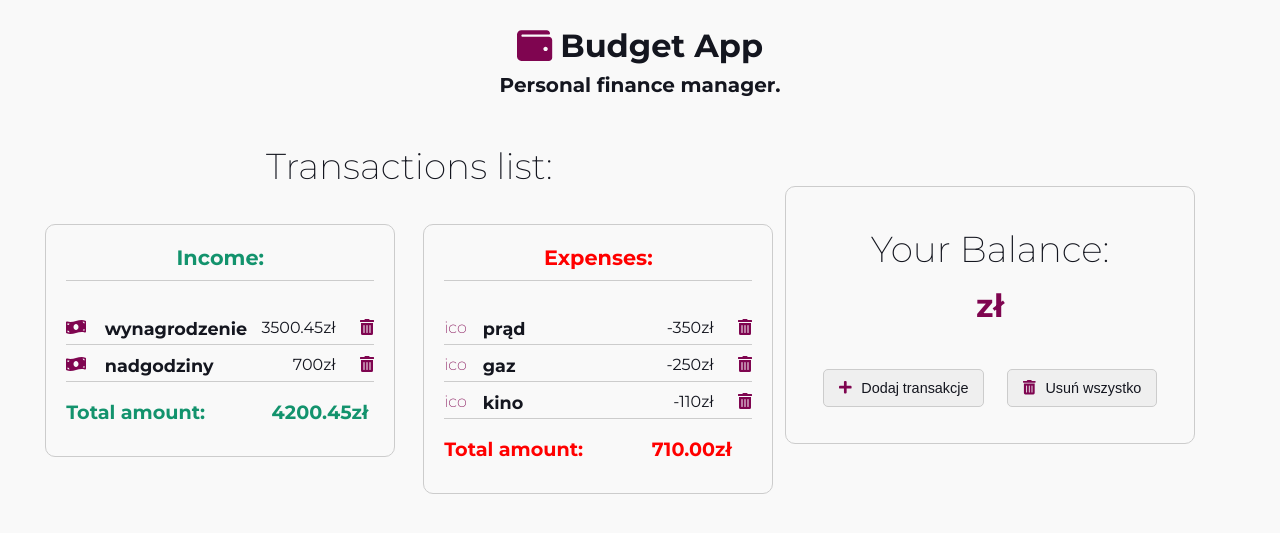
Repository: KrzysKolo/sr_tydzien4_zad4
Page: /
An editor plug-in stored every save of this project. The page is shown before and after the next save, followed by the edit.
The browser window is 1280 px wide. The pictures show the whole page.
Some web libraries are served in a nearby version. The project was rebuilt for these pictures with package versions that can differ from the ones it lists, and the page was loaded fresh each time. Also part of the build but not shown: src/components/budgetComponents/sectionComponents/Cat.js, src/components/budgetComponents/formComponents/Header.js, src/components/budgetComponents/formComponents/ErrorMessage.js, src/components/budgetComponents/formComponents/Input.js, src/components/budgetComponents/formComponents/Select.js.

Above is the page before, as saved 2020-12-14 10:53:45.

### public/index.html
<!DOCTYPE html>
<html lang="en">
  <head>
    <meta charset="utf-8" />
    <link rel="icon" href="%PUBLIC_URL%/favicon.ico" />
    <meta name="viewport" content="width=device-width, initial-scale=1" />
    <meta name="theme-color" content="#000000" />
    <meta
      name="description"
      content="Web site created using create-react-app"
    />
    <link rel="apple-touch-icon" href="%PUBLIC_URL%/logo192.png" />
    <!--
      manifest.json provides metadata used when your web app is installed on a
      user's mobile device or desktop. See https://developers.google.com/web/fundamentals/web-app-manifest/
    -->
    <link rel="manifest" href="%PUBLIC_URL%/manifest.json" />
    <!--
      Notice the use of %PUBLIC_URL% in the tags above.
      It will be replaced with the URL of the `public` folder during the build.
      Only files inside the `public` folder can be referenced from the HTML.

      Unlike "/favicon.ico" or "favicon.ico", "%PUBLIC_URL%/favicon.ico" will
      work correctly both with client-side routing and a non-root public URL.
      Learn how to configure a non-root public URL by running `npm run build`.
    -->
    <link
      href="https://fonts.googleapis.com/css?family=Montserrat:200,400,700&display=swap&subset=latin-ext"
      rel="stylesheet"
    />
    <script
      src="https://kit.fontawesome.com/327a0d490c.js"
      crossorigin="anonymous"
    ></script>
    <title>Budget</title>
  </head>
  <body>
    <noscript>You need to enable JavaScript to run this app.</noscript>
    <div id="root"></div>
    <!--
      This HTML file is a template.
      If you open it directly in the browser, you will see an empty page.

      You can add webfonts, meta tags, or analytics to this file.
      The build step will place the bundled scripts into the <body> tag.

      To begin the development, run `npm start` or `yarn start`.
      To create a production bundle, use `npm run build` or `yarn build`.
    -->
  </body>
</html>

### src/App.js
import React from 'react';
import Budget from './components/Budget'

const App = () => {
  return (
    <>
      <Budget/>
    </>
  )
}

export default App;

### src/components/Budget.js
import React, { useContext } from 'react';
import Header from './budgetComponents/Header';
import SectionIncome from './budgetComponents/SectionIncome';
import SectionExpense from './budgetComponents/SectionExpense';
import SectionInfo from './budgetComponents/SectionInfo';
import H2 from './budgetComponents/sectionComponents/H2';
/* import ExpenseTransaction from './data/ExpenseTransaction';
import IncomeTransaction from './data/IcomeTransaction'; */
import {GlobalContextProvider, GlobalContext} from './context/GlobalState';
import styled, { createGlobalStyle } from 'styled-components';

const GlobalStyle = createGlobalStyle`
    * {
        padding: 0;
        margin: 0;
        box-sizing: border-box;
    }
    body {
        background-color: #f9f9f9;
        color: #14161f;
        font-family: "Montserrat", sans-serif;
        font-size: 16px;
        min-height: 100vh;
    }
    `;
const Container = styled.main`
    font-size: 1.5rem;
`;
const SectionContainer = styled.section`
    display: flex;
    flex-direction: row;
    justify-content: center;
    align-items: center;
`;
const SectionBudget = styled.section`
    display: flex;
    flex-direction: column;
    justify-content: center;
    align-items: center;
`;
const DivItems = styled.div`
    display: flex;
    flex-direction: row;
    justify-content: center;
    align-items: flex-start;

`;
const Budget = () => {
    return (
        <GlobalContextProvider>
            <GlobalStyle />
            <Container>
                <Header />
                <SectionContainer>
                    <SectionBudget>
                        <H2 title="Transactions list" />
                        <DivItems>
                            <SectionIncome title="Income" label="income"  />
                            <SectionExpense title="Expenses" />
                        </DivItems>
                    </SectionBudget>
                    <SectionInfo title="Your Balance" />
                </SectionContainer>
            </Container>
        </GlobalContextProvider>
    )
}

export default Budget;

### src/components/budgetComponents/Header.js
import React from 'react';
import styled from 'styled-components';
import { FontAwesomeIcon } from '@fortawesome/react-fontawesome';
import { faWallet } from '@fortawesome/free-solid-svg-icons';

const SectionHeader = styled.header`
    align-items: center;
    color: rgb(127, 5, 80);
    display: flex;
    font-size: 2.2rem;
    flex-direction: column;
    justify-content: center;
    padding: 2%;
`;
const DivHeader = styled.div`
    align-items: center;
    display: flex;
    flex-direction: row;
    justify-content: center;
    margin-bottom: 0.5rem;
`;
const H1Header = styled.h1`
    color: #14161f;
    font-size: 2rem;
    margin-left: .5rem;
`;
const H2Header = styled.h2`
    color: #14161f;
    font-size: 1.25rem;
`;
const Header = () => {
    return (
        <SectionHeader>
            <DivHeader>
                <FontAwesomeIcon icon={faWallet}/>
                <H1Header>Budget App</H1Header>
            </DivHeader>
            <H2Header>Personal finance manager.</H2Header>
        </SectionHeader>
    )
}

export default Header;

### src/components/budgetComponents/SectionIncome.js
import React, { useContext } from 'react';
import { GlobalContext } from '../context/GlobalState';
import { H1, DivDataIncome }from './sectionComponents/index';

import styled from 'styled-components';

const SectionWrapper = styled.section`
    border: 1px solid #ccc;
    border-radius: 10px;
    display: flex;
    flex-direction: column;
    font-size: 1.3rem;
    justify-content: center;
    align-items: center;
    margin: 2%;
    padding: 20px;
    min-width: 350px;
    width: 50%;
`;
const Section = ({ title, label }) => {
    const { incomeTransactions } = useContext(GlobalContext);
    const amounts = incomeTransactions.map(transaction => transaction.amount);
    const total = amounts.reduce((acc, item) => (acc+=item), 0).toFixed(2);
    return (

        <SectionWrapper>
           <H1 title={title} label={label} />
           <DivDataIncome incomeTransactions={incomeTransactions} label={label} total={total} />
        </SectionWrapper>
    )
}

export default Section;

### src/components/budgetComponents/SectionExpense.js
import React, { useContext } from 'react';
import { GlobalContext } from '../context/GlobalState';
import { H1, DivDataExpanse }from './sectionComponents/index';

import styled from 'styled-components';

const SectionWrapper = styled.section`
    border: 1px solid #ccc;
    border-radius: 10px;
    display: flex;
    flex-direction: column;
    font-size: 1.3rem;
    justify-content: center;
    align-items: center;
    margin: 2%;
    padding: 20px;
    min-width: 350px;
    width: 50%;
`;
const Section = ({ title, label }) => {
    const { expenseTransactions } = useContext(GlobalContext);
    const amounts = expenseTransactions.map(transaction => transaction.amount);
    const total = amounts.reduce((acc, item) => (acc+=item), 0).toFixed(2);
    return (
        <SectionWrapper>
           <H1 title={title} label={label} />
           <DivDataExpanse expenseTransactions={expenseTransactions} label={label} total={total} />
        </SectionWrapper>
    )
}

export default Section;

### src/components/budgetComponents/SectionInfo.js
import React, { useState , useContext } from 'react';
import { GlobalContext } from '../context/GlobalState';
import { H2, P } from './sectionComponents/index';
import Form from './Form';
import Button from './../budgetComponents/buttons/Button';
import styled from 'styled-components';
import { faPlus,  faTrashAlt } from '@fortawesome/free-solid-svg-icons';
const SectionWrapper = styled.section`
    border: 1px solid #ccc;
    border-radius: 10px;
    display: flex;
    flex-direction: column;
    margin: 2vw;
    padding: 2%;
`;
const ButtonWrapper = styled.div`
    display: flex;
    flex-direction: row;
`;

const SectionInfo = ({ title, total }) => {
    const [showForm, setShowForm] = useState(false);
    const openForm = () =>{
        setShowForm(prev => !prev);

  };
    return (
        <>
        <SectionWrapper>
           <H2 title={title}> </H2>
           <P total={total} />
           <ButtonWrapper>
                <Button onClick={openForm} title="Dodaj transakcje" icons={faPlus} />
                <Button title="Usuń wszystko" icons={faTrashAlt} type="submit"/>
           </ButtonWrapper>

        </SectionWrapper>
        <Form showForm={showForm} setShowForm={setShowForm} />
        </>
    )
}

export default SectionInfo;

### src/components/budgetComponents/sectionComponents/H2.js
import React from 'react'
import styled from 'styled-components';

const TitleH2 = styled.h2`
    font-weight: 200;
    margin: 2% auto;
    padding: 0.5rem;
`;

const H2 = ({title}) => {
    return (
        <TitleH2>
            {title}:
        </TitleH2>
    )
}

export default H2;

### src/components/context/GlobalState.js
import React, {createContext, useReducer} from 'react';
import AppReducer from './AppReducer';
const initialState = {
    incomeTransactions: [
        { id: 0, category: 0, name: "wynagrodzenie", amount: 3500.45},
        { id: 1, category: 0, name: "nadgodziny", amount: 700},
    ],
    expenseTransactions: [
        { id: 3, category: 1, name: "prąd", amount: 350},
        { id: 4, category: 1, name: "gaz", amount: 250},
        { id: 5, category: 4, name: "kino", amount: 110},
    ],
};
export const GlobalContext = createContext(initialState);
export const GlobalContextProvider = ({children}) => {
    const [state, dispatch] = useReducer(AppReducer, initialState);

    const deleteTransaction = id => {
        dispatch({
            type: "DELETE_TRANSACTION",
            payload: id,
          });
    };
    return (
        <GlobalContext.Provider value={{
            incomeTransactions: state.incomeTransactions,
            expenseTransactions: state.expenseTransactions,
            deleteTransaction,
        }}>
            {children}
        </GlobalContext.Provider>
    )
}

### src/components/budgetComponents/sectionComponents/index.js
export { default as H1 } from './H1';
export { default as H2 } from './H2';
export { default as P } from './P';
export { default as DivDataExpanse } from './DivDataExpanse';
export { default as DivDataIncome } from './DivDataIncome';

### src/components/budgetComponents/Form.js
import React, { useState, useContext } from 'react';
import { v4 as uuidv4 } from 'uuid';
import { GlobalContext } from '../context/GlobalState';
import { Header, Input, Select } from './formComponents/';
import Button from './buttons/Button';
import styled from 'styled-components';
import SelectOptions from './../data/SelectOptions';
import { faBusinessTime, faSave, faWindowClose } from '@fortawesome/free-solid-svg-icons';
import { useFormik } from 'formik';
import * as yup from 'yup';

const FormWrapper = styled.form`
    background-color: #f9f9f9;
    border: 4px double rgb(127, 5, 80);
    border-radius: 10px;
    box-shadow: 3px 3px 5px rgba(127, 5, 80, 0.5);
    color: rgb(127, 5, 80);
    position: fixed;
    display: flex;
    flex-direction: column;
    justify-content: center;
    align-items: center;
    padding: 10px;
    width: 20vw;
    min-width: 300px;
`;
const ButtonWrapper = styled.div`
    display: flex;
    flex-direction: row;
    justify-content: center;
    border-top: 1px solid rgba(127, 5, 80, 0.3);
    padding-top: 10px;
    margin-top: 1.4rem;
`;

const FormData = ({ showForm, setShowForm }) => {
    const { addTransactions} = useContext(GlobalContext);

    const initialValues  = {
        name: '',
        amount: '',
        category: -1,
    };
    const validationSchema = yup.object({
        name: yup.string().required("Required").min(3, "Musi być min 3 znaki").max(50,"Moze być max 50 znaków"),
        amount: yup.number().required("Required").min(1, "Musi być conajmniej 1 cyfra"),
        category: yup.number().required("Musi być wybrane").min(0, ).max(5),
    })
    const [transaction, setTransaction] = useState({initialValues});
    const onSubmit = (values, {resetForm}, {initialValues} ) => {
        console.log('Form data', values);
        setTransaction = ({
            id: uuidv4(),
            name: initialValues.name,
            amount: initialValues.amount*1,
            category: initialValues.category,
        });
        console.log(transaction);
        addTransactions(transaction);
        console.log("dodano do tablicy");
        resetForm();
    };

    const closeForm = () => {
        setShowForm(false);
    };

    const formik = useFormik({
        initialValues,
        validationSchema,
        onSubmit,
    });
    return (
        <>
        { showForm &&
        <FormWrapper onSubmit={formik.handleSubmit}>
            <Header icons={faBusinessTime} title={"Dodaj transakcje!"} />
            <Input type="text" label="Nazwa transakcji" name="name" placeholder="nazwa transakcji..." onChange={formik.handleChange} value={formik.values.name} onBlur={formik.handleBlur} error={formik.errors.name} message={formik.errors.name} touched={formik.touched.name} />
            <Input type="text" label="Kwota transakcji" name="amount" placeholder="kwota..." onChange={formik.handleChange} value={formik.values.amount} onBlur={formik.handleBlur} error={formik.errors.amount} message={formik.errors.amount} touched={formik.touched.amount}/>
            <Select options={SelectOptions} label="Wybierz kategorię transakcji" name="category" onChange={formik.handleChange} value={formik.values.category} onBlur={formik.handleBlur} error={formik.errors.category} message={formik.errors.category} touched={formik.touched.category}/>
            <ButtonWrapper>
                <Button type="submit" title="Zapisz" icons={faSave} />
                <Button title="Anuluj" icons={faWindowClose} type="cancel" onClick={closeForm} />
            </ButtonWrapper>
        </FormWrapper>
        }
        </>
    )
}

export default FormData;

### src/components/budgetComponents/buttons/Button.js
import React from 'react';
import styled from 'styled-components';
import { FontAwesomeIcon } from '@fortawesome/react-fontawesome';

const ButtonDiv = styled.button`
    border: 1px solid #ccc;
    border-radius: 5px;
    margin: 0.7rem;
    padding: 10px 15px;
    display: flex;
    flex-direction: row;
    align-items: center;
    color: rgb(127, 5, 80);
    font-size: 0.9rem;
    cursor: pointer;
    transition: 0.3s ease-in-out;
    &:hover {
        border: 1px solid rgba(127, 5, 80, 0.4);
        background-color:  #f9f9f9;
        color: rgba(127, 5, 80, 0.5);
    }
`;
const ButtonTitleDiv = styled.div`
    margin-left: 10px;
    color: #14161f;
`;
const Button = ({ title, icons, onClick }) => {
    return (
        <ButtonDiv onClick={onClick}>
            <FontAwesomeIcon icon={icons} />
            <ButtonTitleDiv>{title}</ButtonTitleDiv>
        </ButtonDiv>
    )
}

export default Button;

### src/components/context/AppReducer.js
export default (state, action) => {
    switch (action.type) {
    case 'DELETE_TRANSACTION':
            return {
                ...state,
                incomeTransactions: state.incomeTransactions.filter(
                    incomeTransaction => incomeTransaction.id !== action.payload
                  ),
                  expenseTransactions: state.expenseTransactions.filter(
                    expenseTransaction => expenseTransaction.id !== action.payload
                  ),
            }
        default:
            return state
        }
      };

### src/components/budgetComponents/sectionComponents/H1.js
import React from 'react'
import styled from 'styled-components';

const TitleH1Styles = (label) => `
border-bottom: 1px solid #ccc;
color: ${label ? 'rgb(19, 147, 109)' : 'red'};
margin-bottom: 2rem;
padding-bottom: 10px;
display: block;
width: 100%;
text-align: center;
`;
const TitleH1 = styled.h1`
      ${props => TitleH1Styles(props.label)}
`;
const H1 = (props) => {
    const { title, label } = props;
    return (
        <TitleH1 label={label}>
            {title}:
        </TitleH1>
    )
}

export default H1;

### src/components/budgetComponents/sectionComponents/P.js
import React from 'react';
import styled from 'styled-components';

const InfoP = styled.p`
    color: rgb(127, 5, 80);
    font-size: 2rem;
    font-weight: bold;
    width: 100%auto;
    text-align: center;
    padding-bottom: 2rem;
`;

const P = ({total}) => {
    return (
        <InfoP>
            {total}zł
        </InfoP>
    )
}

export default P;

### src/components/budgetComponents/sectionComponents/DivDataExpanse.js
import React, { useContext } from 'react';
import { GlobalContext } from '../../context/GlobalState';
import Cat from './Cat';
import { FontAwesomeIcon } from '@fortawesome/react-fontawesome';
import { faTrashAlt} from '@fortawesome/free-solid-svg-icons';
import { faMoneyBillWave, faCartArrowDown, faHamburger, faFilm, faSwimmer } from '@fortawesome/free-solid-svg-icons';

import styled from 'styled-components';

const Container = styled.div`
    width: 100%;
    display: flex;
    flex-direction: column;
    justify-content: flex-start;
    align-items: flex-start;
    align-content: flex-start;
`;
const DivWrapper = styled.div`
    display: grid;
    grid-template-columns: 0.5fr 2fr 1fr 0.5fr;
    width: 100%;
    margin: 5px 0;
    border-bottom: 1px solid #ccc;
    padding-bottom: 5px;
`;
const NameH3 = styled.h3`
    font-size: 1.1rem;
    font-weight: 600;
    text-align: left;
`;
const AmountSpan = styled.span`
    font-size: 1rem;
    text-align: right;
`;
const FontAwsomeP = styled.p`
    font-size: 1rem;
    font-weight: 300;
    text-align: right;
    color: rgb(127, 5, 80);
    cursor: pointer;
    transition: 0.3s ease-in-out;
    &:hover{
        transform: scale(0.9);
        color: rgba(127, 5, 80, 0.8);
    }
`;
const TotalAmountDivStyles = (label) => `
    color: ${label ? 'rgb(19, 147, 109)' : 'red'};
    font-size: 1.2rem;
    font-weight: 800;
    margin: 4% auto;
    width: 100%;
`;
const TotalAmountDiv = styled.div`
    display: grid;
    grid-template-columns: 2fr 1fr;
    ${props => TotalAmountDivStyles(props.label)}
`;
const AmountP = styled.p`
    text-align: right;
    margin-right: 20%;
`;
const IcoP = styled.p`
    font-size: 1rem;
    font-weight: 300;
    text-align: left;
    color: rgb(127, 5, 80);
`;


const DivData = ({label, expenseTransactions, total}) => {
    const { deleteTransaction } = useContext(GlobalContext);
    console.log(expenseTransactions);
    return (
        <Container>
            {expenseTransactions.map(item => (
                <DivWrapper key={item.id}>
                    <IcoP>{item.category > 0 ? 'ico' : <FontAwesomeIcon icon={faMoneyBillWave} />}</IcoP>
                    <NameH3>{item.name}</NameH3>
                    <AmountSpan>{item.category > 0 ? '-' : ''}{item.amount}zł</AmountSpan>
                    <FontAwsomeP onClick={() => deleteTransaction(item.id)}><FontAwesomeIcon icon={faTrashAlt}/></FontAwsomeP>
                </DivWrapper>)) }
                <TotalAmountDiv label={label}><p>Total amount:</p>  <AmountP>{total}zł</AmountP></TotalAmountDiv>
        </Container>
    )
}

export default DivData;

### src/components/budgetComponents/sectionComponents/DivDataIncome.js
import React, { useContext } from 'react';
import { GlobalContext } from '../../context/GlobalState';
import Cat from './Cat';
import { FontAwesomeIcon } from '@fortawesome/react-fontawesome';
import { faTrashAlt} from '@fortawesome/free-solid-svg-icons';
import { faMoneyBillWave, faCartArrowDown, faHamburger, faFilm, faSwimmer } from '@fortawesome/free-solid-svg-icons';

import styled from 'styled-components';

const Container = styled.div`
    width: 100%;
    display: flex;
    flex-direction: column;
    justify-content: flex-start;
    align-items: flex-start;
    align-content: flex-start;
`;
const DivWrapper = styled.div`
    display: grid;
    grid-template-columns: 0.5fr 2fr 1fr 0.5fr;
    width: 100%;
    margin: 5px 0;
    border-bottom: 1px solid #ccc;
    padding-bottom: 5px;
`;
const NameH3 = styled.h3`
    font-size: 1.1rem;
    font-weight: 600;
    text-align: left;
`;
const AmountSpan = styled.span`
    font-size: 1rem;
    text-align: right;
`;
const FontAwsomeP = styled.p`
    font-size: 1rem;
    font-weight: 300;
    text-align: right;
    color: rgb(127, 5, 80);
    cursor: pointer;
    transition: 0.3s ease-in-out;
    &:hover{
        transform: scale(0.9);
        color: rgba(127, 5, 80, 0.8);
    }
`;
const TotalAmountDivStyles = (label) => `
    color: ${label ? 'rgb(19, 147, 109)' : 'red'};
    font-size: 1.2rem;
    font-weight: 800;
    margin: 4% auto;
    width: 100%;
`;
const TotalAmountDiv = styled.div`
    display: grid;
    grid-template-columns: 2fr 1fr;
    ${props => TotalAmountDivStyles(props.label)}
`;
const AmountP = styled.p`
    text-align: right;
    margin-right: 20%;
`;
const IcoP = styled.p`
    font-size: 1rem;
    font-weight: 300;
    text-align: left;
    color: rgb(127, 5, 80);
`;


const DivData = ({label, incomeTransactions, total}) => {
    const { deleteTransaction } = useContext(GlobalContext);
    console.log(incomeTransactions);
    return (
        <Container>
            {incomeTransactions.map(item => (
                <DivWrapper key={item.id}>
                    <IcoP>{item.category > 0 ? 'ico' : <FontAwesomeIcon icon={faMoneyBillWave} />}</IcoP>
                    <NameH3>{item.name}</NameH3>
                    <AmountSpan>{item.category > 0 ? '-' : ''}{item.amount}zł</AmountSpan>
                    <FontAwsomeP onClick={() => deleteTransaction(item.id)}><FontAwesomeIcon icon={faTrashAlt}/></FontAwsomeP>
                </DivWrapper>)) }
                <TotalAmountDiv label={label}><p>Total amount:</p>  <AmountP>{total}zł</AmountP></TotalAmountDiv>
        </Container>
    )
}

export default DivData;

### src/components/budgetComponents/formComponents/index.js
export { default as Header } from './Header';
export { default as Input } from './Input';
export { default as ErrorMessage } from './ErrorMessage';
export { default as Select } from './Select';

### src/components/data/SelectOptions.js
const SelectOptions=[
    { id: -1, value: "-1", label:"", title: 'Select...' },
    { id: 0, value: "0", label:"[+]", title: 'Przychód' },
    { id: 1, value: "1", label:"[-]", title: 'Rachunki' },
    { id: 2, value: "2", label:"[-]", title: 'Sport' },
    { id: 3, value: "3", label:"[-]", title: 'Wyżywienie' },
    { id: 4, value: "4", label:"[-]", title: 'Kultura' },
    { id: 5, value: "5", label:"[-]", title: 'Wypoczynek' },
];
export default SelectOptions;

Loaded but not shown: src/index.js (common file); src/index.css (common file)

After the next save:
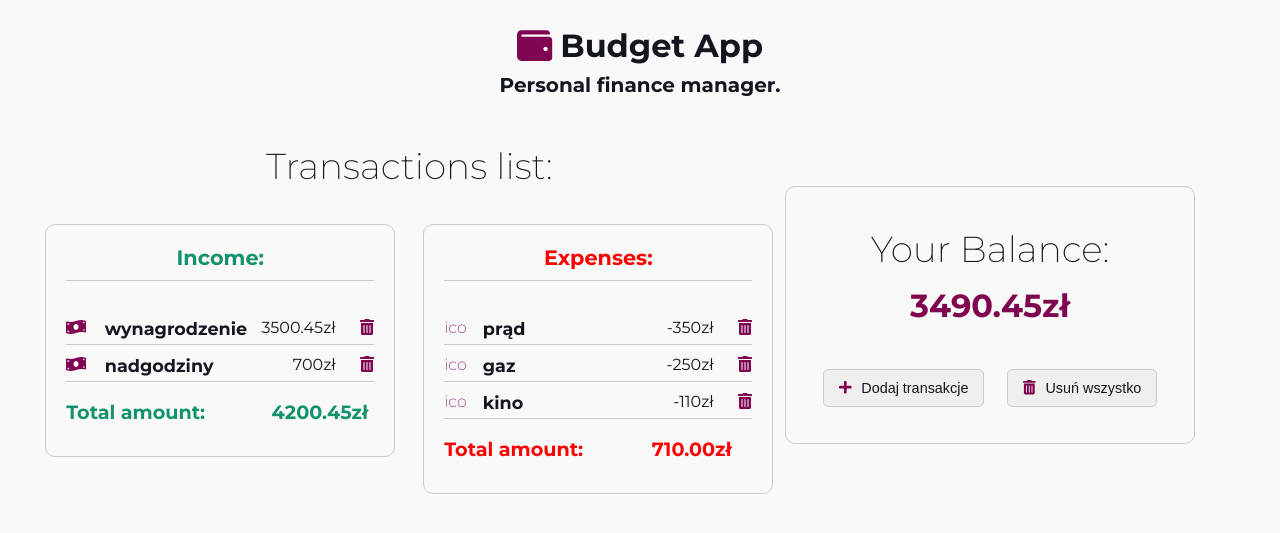
Saved 43 s later.
--- a/src/components/Budget.js
+++ b/src/components/Budget.js
@@ -46,6 +46,12 @@ const DivItems = styled.div`
 
 `;
 const Budget = () => {
+    const { expenseTransactions, incomeTransactions } = useContext(GlobalContext);
+    const amountsE = expenseTransactions.map(transaction => transaction.amount);
+    const totalE = amountsE.reduce((acc, item) => (acc+=item), 0).toFixed(2);
+    const amountsI = incomeTransactions.map(transaction => transaction.amount);
+    const totalI = amountsI.reduce((acc, item) => (acc+=item), 0).toFixed(2);
+    const total = totalI-totalE;
     return (
         <GlobalContextProvider>
             <GlobalStyle />
@@ -59,7 +65,7 @@ const Budget = () => {
                             <SectionExpense title="Expenses" />
                         </DivItems>
                     </SectionBudget>
-                    <SectionInfo title="Your Balance" />
+                    <SectionInfo title="Your Balance" total={total}/>
                 </SectionContainer>
             </Container>
         </GlobalContextProvider>
